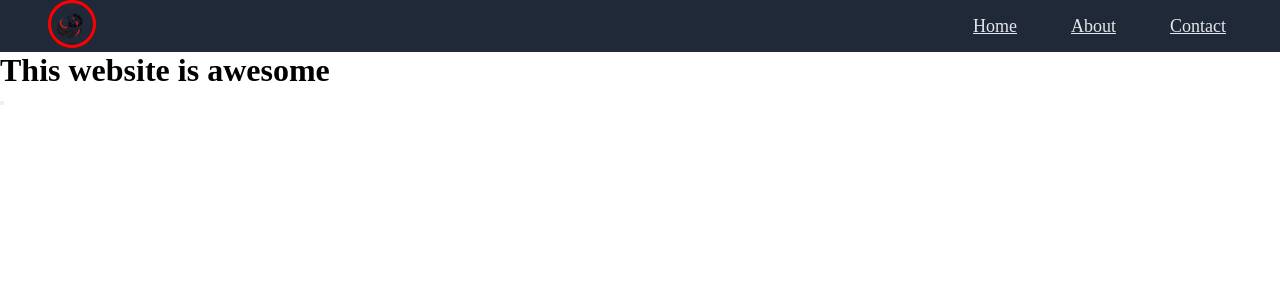
Repository: dung8466/Landing_Page
Page: index.html
These files come from the project's save history. The page is drawn as it stood at one moment and after the next save; the edit follows.
The browser window is 1280 px wide. The pictures show the whole page.

Above is the page before, as saved 2022-06-30 17:00:55.

After the next save:
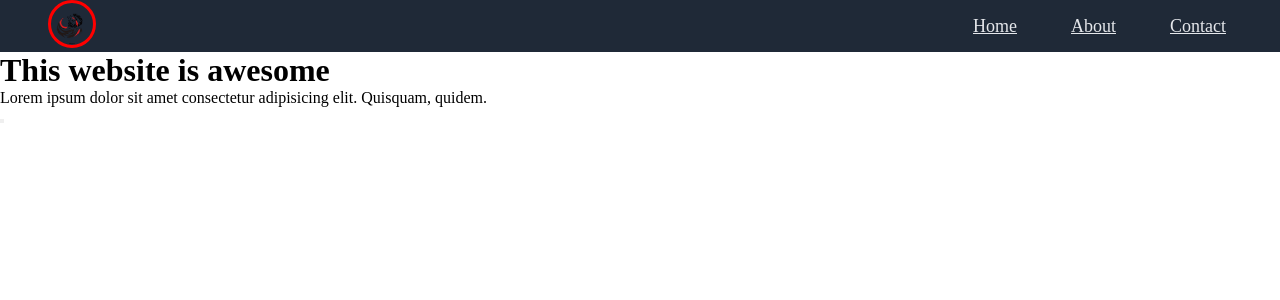
Saved 21 s later.
--- a/index.html
+++ b/index.html
@@ -27,7 +27,7 @@
         <div class="discription">
             <h1>This website is awesome </h1>
             <p>
-
+                Lorem ipsum dolor sit amet consectetur adipisicing elit. Quisquam, quidem.
             </p>
             <button>
 
